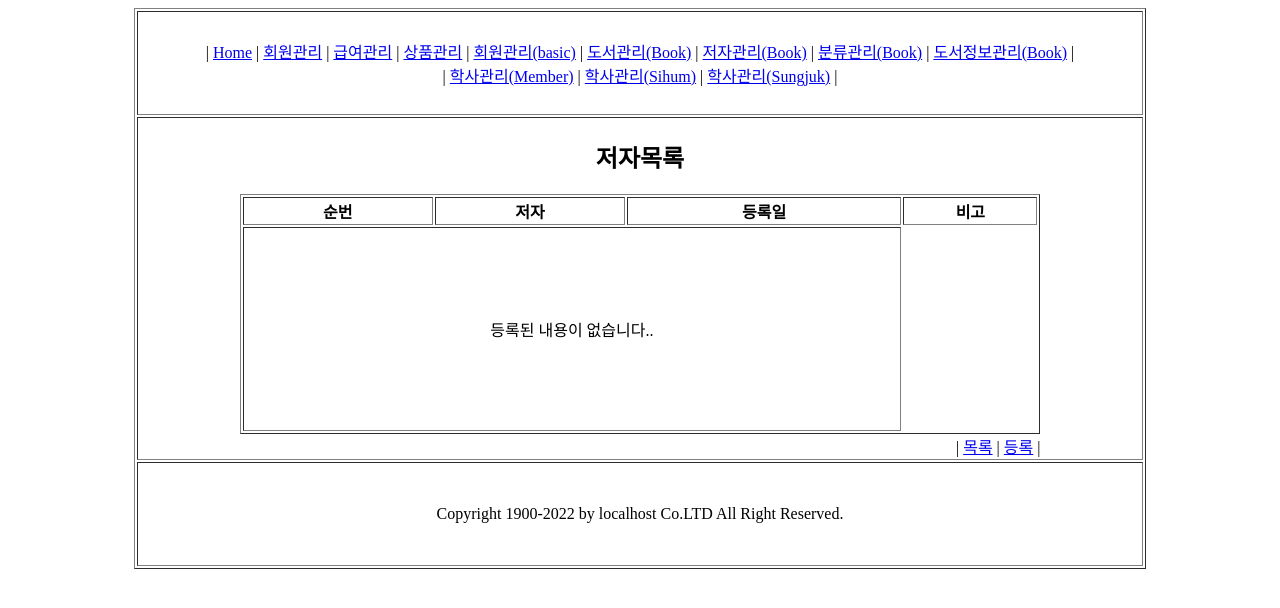
Repository: Mildous/HKIT-BackendClass
Page: http://localhost/jspTest/haksaSihum/list.jsp
An editor plug-in stored every save of this project. The page is shown before and after the next save, followed by the edit.
The browser window is 1280 px wide. The pictures show the whole page.
The page is served by Tomcat 9. Other server files are loaded and not shown. Queries for data that is not in the repository find no rows.

Above is the page before, as saved 2022-08-17 02:12:14.

### workspace/jsp/jspTest/WebContent/haksaSihum/list.jsp
<%@ page language="java" contentType="text/html; charset=UTF-8"
    pageEncoding="UTF-8"%>
<!DOCTYPE html>
<html>
<head>
<meta charset="UTF-8">
<title>저자관리</title>
</head>
<body>

<table border="1" width="80%" align="center">
	<tr>
		<td height="100px;" align="center">
			<jsp:include page="../include/inc_menu.jsp" flush="true" />
		</td>
	</tr>
	<tr>
		<td height="300px;" align="center">
			<jsp:include page="list_sub.jsp" flush="true" />
		</td>
	</tr>
	<tr>
		<td height="100px;" align="center">
			<jsp:include page="../include/inc_bottom.jsp" flush="true" />
		</td>
	</tr>
</table>

</body>
</html>

### workspace/jsp/jspTest/WebContent/include/inc_menu.jsp
<%@ page language="java" contentType="text/html; charset=UTF-8"
    pageEncoding="UTF-8"%>
<!DOCTYPE html>
<html>
<head>
<meta charset="UTF-8">
<title>Insert title here</title>
</head>
<body>
	|
	<a href="/jspTest">Home</a>
	|
	<a href="../member/list.jsp">회원관리</a>
	|
	<a href="#">급여관리</a>
	|
	<a href="../product/list.jsp">상품관리</a>
	|
	<a href="../memberBasic/list.jsp">회원관리(basic)</a>
	|
	<a href="../Book/list.jsp">도서관리(Book)</a>
	|
	<a href="../BookAuthor/list.jsp">저자관리(Book)</a>
	|
	<a href="../BookProfile/list.jsp">분류관리(Book)</a>
	|
	<a href="../BookInfo/list.jsp">도서정보관리(Book)</a>
	|

	<br>

	|
	<a href="../haksaMember/list.jsp">학사관리(Member)</a>
	|
	<a href="../haksaSihum/list.jsp">학사관리(Sihum)</a>
	|
	<a href="../haksaSungjuk/list.jsp">학사관리(Sungjuk)</a>
	|
</body>
</html>

### workspace/jsp/jspTest/WebContent/haksaSihum/list_sub.jsp
<%@page import="java.util.ArrayList"%>
<%@page import="bookAuthor.model.dto.BookAuthorDTO"%>
<%@page import="bookAuthor.model.dao.BookAuthorDAO"%>
<%@ page language="java" contentType="text/html; charset=UTF-8"
    pageEncoding="UTF-8"%>
<%
	BookAuthorDAO dao = new BookAuthorDAO();
	ArrayList<BookAuthorDTO> list = dao.getSelectAll();

	int totalRecord = list.size();
%>

<h2>저자목록</h2>

<table border="1" width="80%" align="center">
	<tr>
		<th>순번</th>
		<th>저자</th>
		<th>등록일</th>
		<th>비고</th>
	</tr>
	<% if(totalRecord == 0) { %>
	<tr>
		<td colspan="3" height="200px" align="center">등록된 내용이 없습니다..</td>
	</tr>
	<% } %>
	<%
	int num = totalRecord;
	for(int i=0; i<list.size(); i++) {
		BookAuthorDTO dto = list.get(i);
	%>
	<tr>
		<td><%= num %></td>
		<td><%= dto.getAuthor() %></td>
		<td><%= dto.getRegiDate() %></td>
		<td align="center">
			<a href="#" onClick="move('edit.jsp', '<%= dto.getAuthorNo() %>');">[수정]</a>
			&nbsp;
			<a href="#" onClick="move('delete.jsp', '<%= dto.getAuthorNo() %>');">[삭제]</a>
		</td>
	</tr>
	<%
			num--;
		}
	%>
</table>
<div style="width: 80%; margin: 10px, 0;" align="right">
	|
	<a href="#" onClick="move('list.jsp', '');">목록</a>
	|
	<a href="#" onClick="move('insert.jsp', '');">등록</a>
	|
</div>

<script>
function move(value1, value2) {
	location.href = value1 + '?authorNo=' + value2;
}
</script>

### workspace/jsp/jspTest/WebContent/include/inc_bottom.jsp
<%@ page language="java" contentType="text/html; charset=UTF-8"
    pageEncoding="UTF-8"%>
<!DOCTYPE html>
<html>
<head>
<meta charset="UTF-8">
<title>Insert title here</title>
</head>
<body>
	Copyright 1900-2022 by localhost Co.LTD All Right Reserved.
</body>
</html>

### workspace/jsp/jspTest/src/bookAuthor/model/dao/BookAuthorDAO.java
package bookAuthor.model.dao;

import java.sql.Connection;
import java.sql.PreparedStatement;
import java.sql.ResultSet;
import java.util.ArrayList;

import bookAuthor.model.dto.BookAuthorDTO;
import config.DB;

public class BookAuthorDAO {

	Connection conn = null;
	PreparedStatement pstmt = null;
	ResultSet rs = null;
	String tableName_1 = "bookAuthor";

	public ArrayList<BookAuthorDTO> getSelectAll() {
		ArrayList<BookAuthorDTO> list = new ArrayList<BookAuthorDTO>();
		conn = DB.dbConn();
		try {
			String sql = "select * from " + tableName_1 + " order by authorNo desc";
			pstmt = conn.prepareStatement(sql);
			rs = pstmt.executeQuery();
			while(rs.next()) {
				BookAuthorDTO resultDto = new BookAuthorDTO();
				resultDto.setAuthorNo(rs.getInt("authorNo"));
				resultDto.setAuthor(rs.getString("author"));
				resultDto.setRegiDate(rs.getDate("regiDate"));
				list.add(resultDto);
			}
		} catch(Exception e) {
			//e.printStackTrace();
		} finally {
			DB.dbConnClose(rs, pstmt, conn);
		}
		return list;
	}

	public BookAuthorDTO getSelectOne(BookAuthorDTO paramDto) {
		BookAuthorDTO resultDto = new BookAuthorDTO();
		conn = DB.dbConn();
		try {
			String sql = "select * from " + tableName_1 + " where authorNo = ?";
			pstmt = conn.prepareStatement(sql);
			pstmt.setInt(1, paramDto.getAuthorNo());
			rs = pstmt.executeQuery();
			if(rs.next()) {
				resultDto.setAuthorNo(rs.getInt("authorNo"));
				resultDto.setAuthor(rs.getString("author"));
				resultDto.setRegiDate(rs.getDate("regiDate"));
			}
		} catch(Exception e) {
			//e.printStackTrace();
		} finally {
			DB.dbConnClose(rs, pstmt, conn);
		}
		return resultDto;
	}

	public int setInsert(BookAuthorDTO paramDto) {
		int result = 0;
		conn = DB.dbConn();
		try {
			String sql = "insert into " + tableName_1 + " values(seq_bookAuthor.nextval, ?, sysdate)";
			pstmt = conn.prepareStatement(sql);
			pstmt.setString(1, paramDto.getAuthor());
			result = pstmt.executeUpdate();
		} catch(Exception e) {
			//e.printStackTrace();
		} finally {
			DB.dbConnClose(rs, pstmt, conn);
		}
		return result;
	}

	public int setUpdate(BookAuthorDTO paramDto) {
		int result = 0;
		conn = DB.dbConn();
		try {
			String sql = "update " + tableName_1 + " set author = ? where authorNo = ?";
			pstmt = conn.prepareStatement(sql);
			pstmt.setString(1, paramDto.getAuthor());
			pstmt.setInt(2, paramDto.getAuthorNo());
			result = pstmt.executeUpdate();
		} catch(Exception e) {
			//e.printStackTrace();
		} finally {
			DB.dbConnClose(rs, pstmt, conn);
		}
		return result;
	}

	public int setDelete(BookAuthorDTO paramDto) {
		int result = 0;
		conn = DB.dbConn();
		try {
			String sql = "delete from " + tableName_1 + " where authorNo = ?";
			pstmt = conn.prepareStatement(sql);
			pstmt.setInt(1, paramDto.getAuthorNo());
			result = pstmt.executeUpdate();
		} catch(Exception e) {
			//e.printStackTrace();
		} finally {
			DB.dbConnClose(rs, pstmt, conn);
		}
		return result;
	}
}

### workspace/jsp/jspTest/src/config/DB.java
package config;

import java.sql.Connection;
import java.sql.DriverManager;
import java.sql.PreparedStatement;
import java.sql.ResultSet;

public class DB {
	public static Connection dbConn() {
		String dbDriver = "oracle.jdbc.driver.OracleDriver";
		String dbUrl = "jdbc:oracle:thin:@localhost:1521/xe";
		String dbId = "jspTest";
		String dbPasswd = "1234";

		Connection conn = null;

		try {
			Class.forName(dbDriver);
		} catch(Exception e) {
			//e.printStackTrace();
			System.out.println("-- 오라클 드라이버 오류 --");
		}

		try {
			conn = DriverManager.getConnection(dbUrl, dbId, dbPasswd);
		} catch(Exception e) {
			//e.printStackTrace();
			System.out.println("-- 오라클 접속 오류 --");
		}
		return conn;
	}

	public static void dbConnClose(ResultSet rs, PreparedStatement pstmt, Connection conn) {

		try {
			if(rs != null) { rs.close(); }
		} catch(Exception e) {
			//e.printStackTrace();
		}

		try {
			if(pstmt != null) { pstmt.close(); }
		} catch(Exception e) {
			//e.printStackTrace();
		}

		try {
			if(conn != null) { conn.close(); }
		} catch(Exception e) {
			//e.printStackTrace();
		}
	}
}

After the next save:
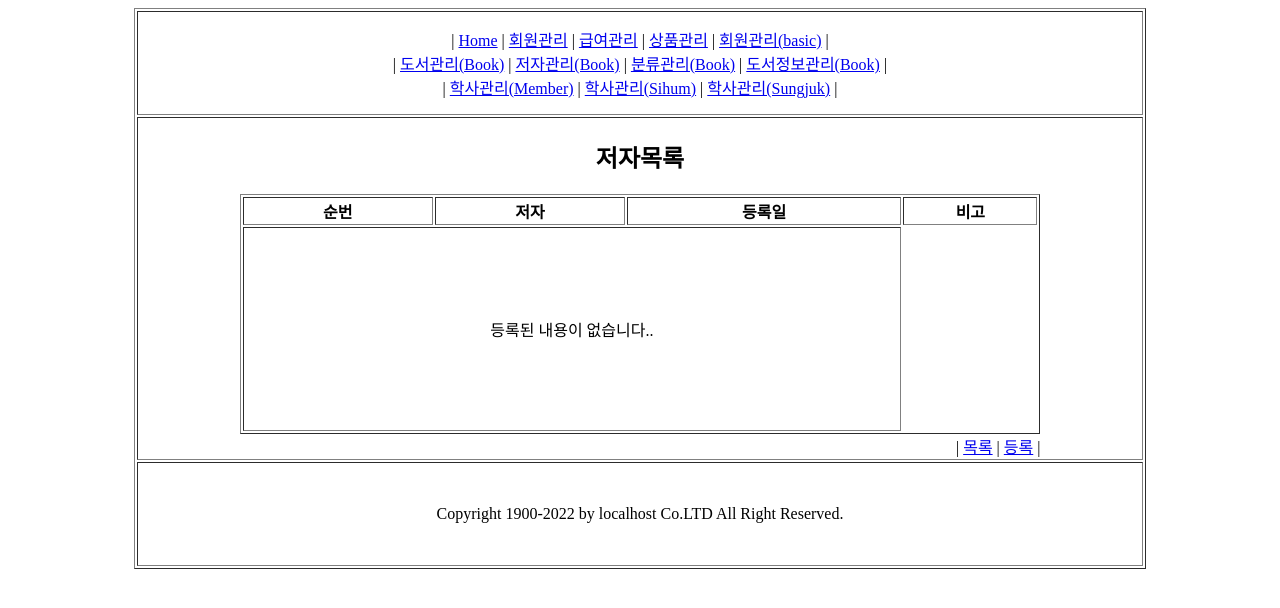
Saved 11 min 18 s later.
--- a/workspace/jsp/jspTest/WebContent/include/inc_menu.jsp
+++ b/workspace/jsp/jspTest/WebContent/include/inc_menu.jsp
@@ -17,6 +17,8 @@
 	<a href="../product/list.jsp">상품관리</a>
 	|
 	<a href="../memberBasic/list.jsp">회원관리(basic)</a>
+	|
+	<br>
 	|
 	<a href="../Book/list.jsp">도서관리(Book)</a>
 	|
